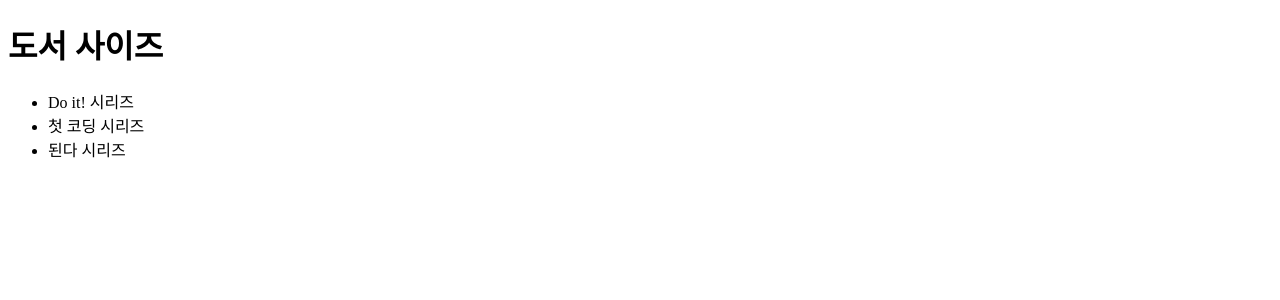
Repository: topyoungil/CodeMemories-ByJake
Page: HTML_CSS/WebContent/test/etc/list-3.html
An editor plug-in stored every save of this project. The page is shown before and after the next save, followed by the edit.
The browser window is 1280 px wide. The pictures show the whole page.

Above is the page before, as saved 2022-09-27 13:20:24.

After the next save:
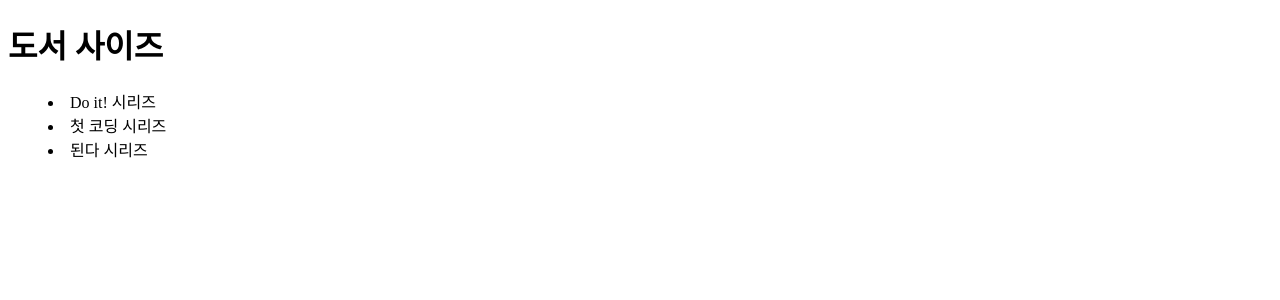
Saved 10 s later.
--- a/HTML_CSS/WebContent/test/etc/list-3.html
+++ b/HTML_CSS/WebContent/test/etc/list-3.html
@@ -5,7 +5,7 @@
 <title>Insert title here</title>
 <style>
 	.inside {
-		list-style-position: ();
+		list-style-position: inside;
 	}
 </style>
 </head>
